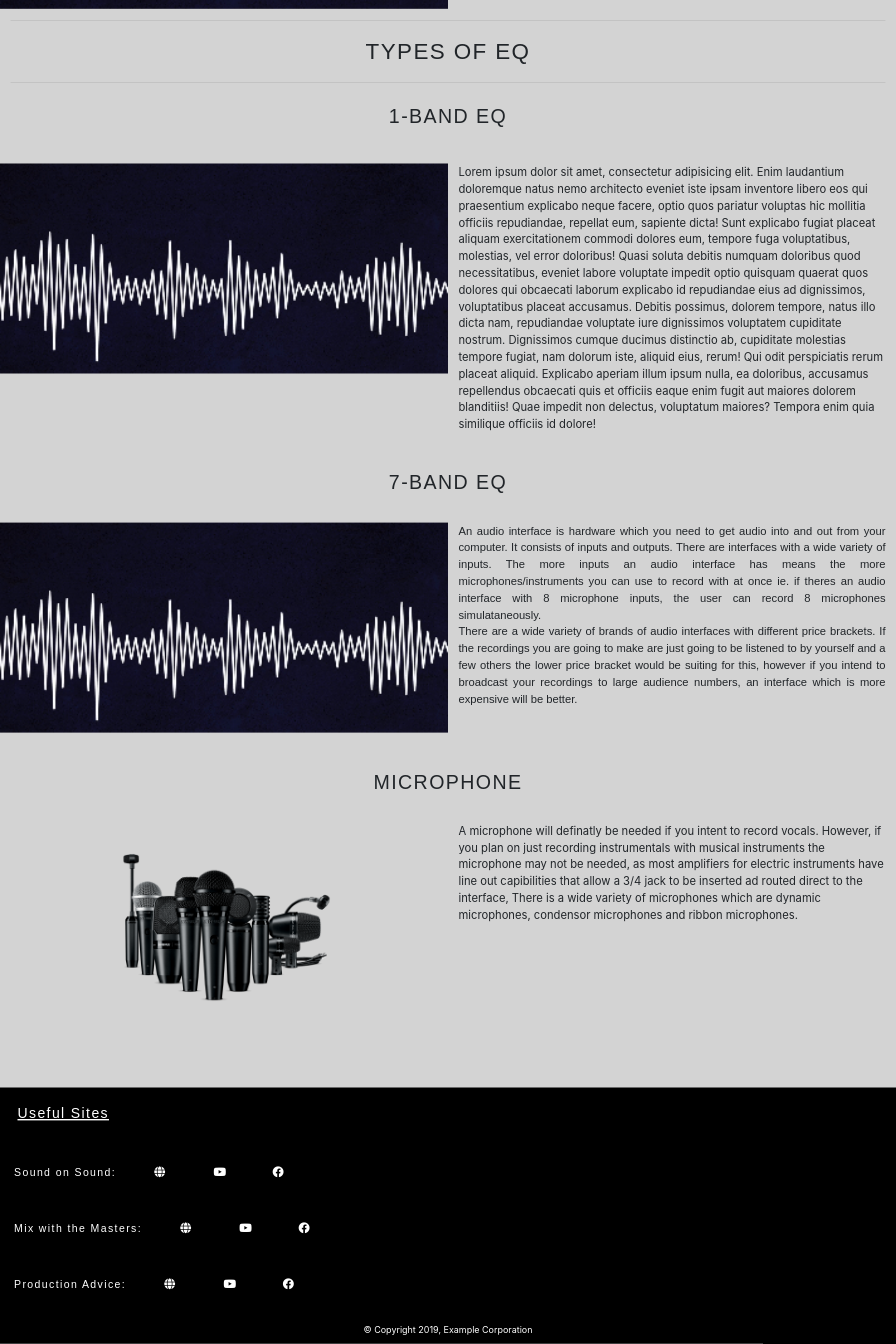
Repository: djjtyn/CIMilestoneProject1
Page: eq.html
The author's editor kept a record of every edit. The page is drawn from the files as they stood at one moment, then again after the next edit.
The browser window is 1280 px wide. The pictures show the part of the page from y = 921 to 2841 px (the page is 2841 px tall before and 2413 px after), at 70% of full size.
Some web libraries are served in a nearby version.

Above is the page before.
Console error (its wording comes from the project's code and is left out).

After the next edit:
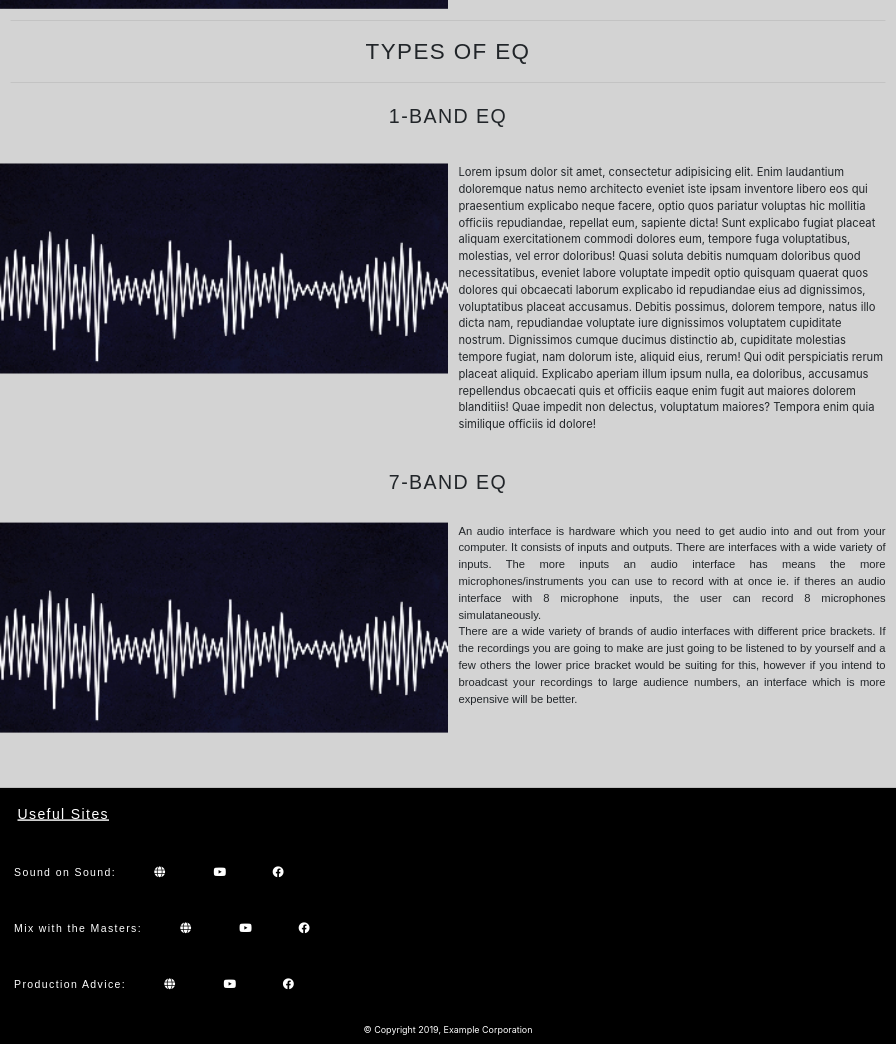
The edit:
--- a/eq.html
+++ b/eq.html
@@ -80,24 +80,7 @@
           There are a wide variety of brands of audio interfaces with different price brackets. If the recordings you are going to make are just going to be listened to by yourself and a few others the lower price bracket would be suiting for this, however if you intend to broadcast your recordings to large audience numbers, an interface which is more expensive will be better.</p>
       </div>
     </div>
-
-    <div class="row">
-      <div class="col-12">
-        <h3>Microphone</h3>
-      </div>
-    </div>
-
-    <div class="row int">
-      <div class="col-12 col-md-6 microphone"></div>
-      <div class="col-12 col-md-6">
-        A microphone will definatly be needed if you intent to record vocals. However, if you plan on just recording instrumentals with musical instruments the microphone may not be needed, as most amplifiers for electric instruments have line out capibilities that allow a 3/4 jack to be inserted ad routed direct to the interface,
-        There is a wide variety of microphones which are dynamic microphones, condensor microphones and ribbon microphones.
-      </div>
-    </div>
-
-
-
-  </section>
+    </section>
 
 
 
